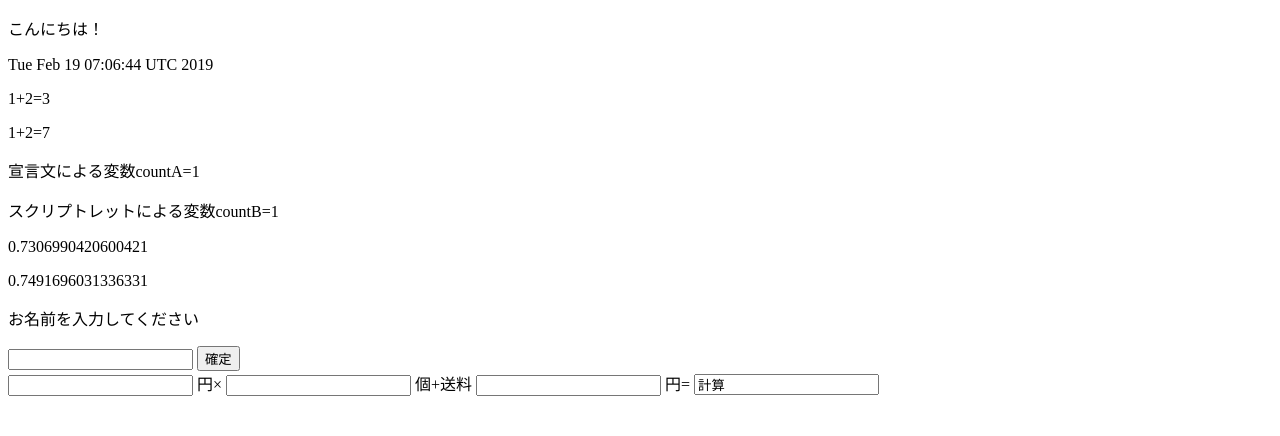
Repository: user-yo-yo/test
Page: http://localhost/HelloJSP/
These files come from the project's save history. The page is drawn as it stood at one moment and after the next save; the edit follows.
The browser window is 1280 px wide. The pictures show the whole page.
The page is served by Tomcat 9.

Above is the page before, as saved 2019-02-19 08:22:46.

### HelloJSP/WebContent/index.jsp
<%@ page language="java" contentType="text/html; charset=UTF-8"
    pageEncoding="UTF-8"%>
<!DOCTYPE html>
<html>
<head>
<meta charset="UTF-8">
<title>test</title>
</head>
<body>
<p>こんにちは！</p>
<% out.println(new java.util.Date()); %>

<%!
static int add(int a,int b){
	return a+b;
}
%>
<p>1+2=<%=add(1,2) %></p>
<p>1+2=<%=add(3,4) %></p>


<%! static int countA=0; %>
<%
int countB=0;
countA++;
countB++;
%>
<p>宣言文による変数countA=<%=countA %></p>
<p>スクリプトレットによる変数countB=<%=countB %></p>


<p><% out.print(Math.random()); %></p>
<p><%=Math.random() %></p>


<p>お名前を入力してください</p>
<form method="post" action="greeting-out.jsp">
	<input type="text" name="user">
	<input type="submit" value="確定">
</form>


<form method="post" action="total-out.jsp">
	<input type="text" name="price">
	円×
	<input type="text" name="count">
	個+送料
	<input type="text" name="dlivery">
	円=
	<input type="text" value="計算">
</form>

</body>
</html>

After the next save:
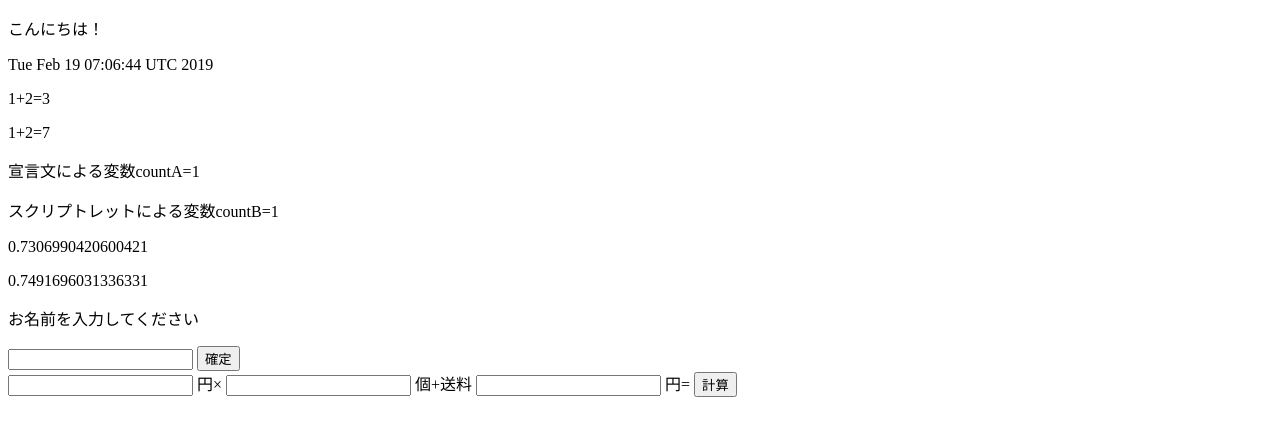
Saved 37 s later.
--- a/HelloJSP/WebContent/index.jsp
+++ b/HelloJSP/WebContent/index.jsp
@@ -47,7 +47,7 @@ countB++;
 	個+送料
 	<input type="text" name="dlivery">
 	円=
-	<input type="text" value="計算">
+	<input type="submit" value="計算">
 </form>
 
 </body>
